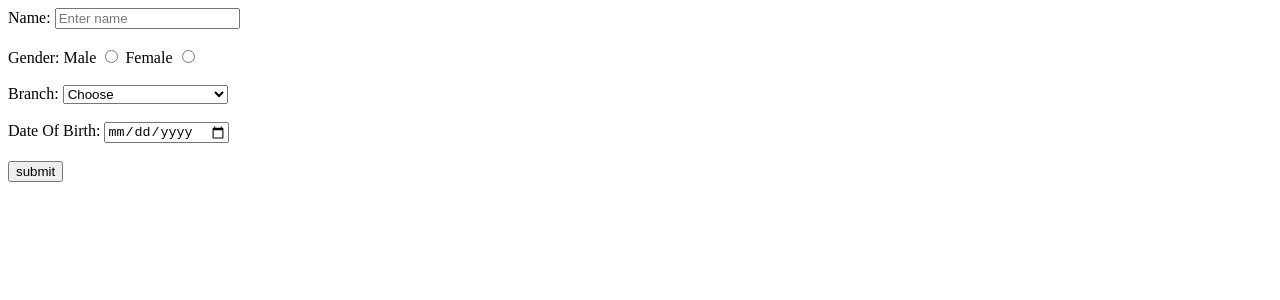
Repository: netravatih-paycorp/Assignments
Page: http://localhost/SpringMvc/home.jsp
The author's editor kept a copy of each file at every save. The page is drawn from the files as they stood at one save, then again after the next save.
The browser window is 1280 px wide. The pictures show the whole page.
The page is served by Tomcat 9.

Above is the page before, as saved 2023-07-17 11:47:41.

After the next save:
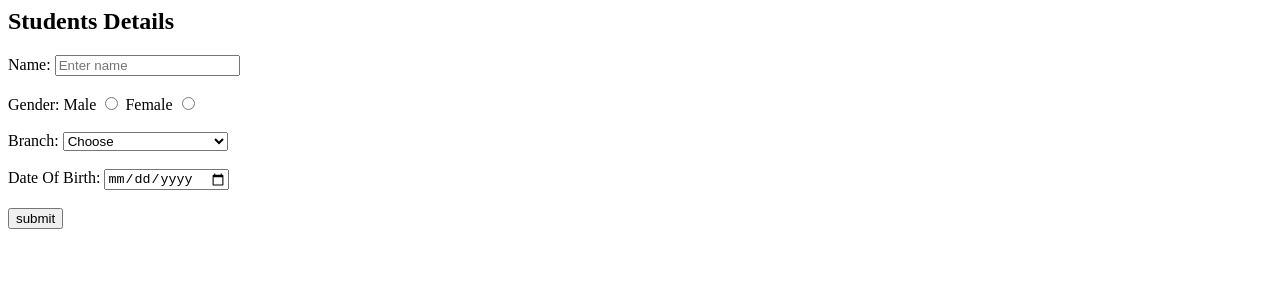
Saved 10 min 42 s later.
--- a/SpringMvc/src/main/webapp/home.jsp
+++ b/SpringMvc/src/main/webapp/home.jsp
@@ -23,7 +23,7 @@ function validateDate()
 
 <body>
     <form action="save" method="post" id="saveForm">
-
+                 <h2> Students Details</h2>
 		Name: <input type="text" name="name" placeholder="Enter name">
 		<br>
 		<br>
